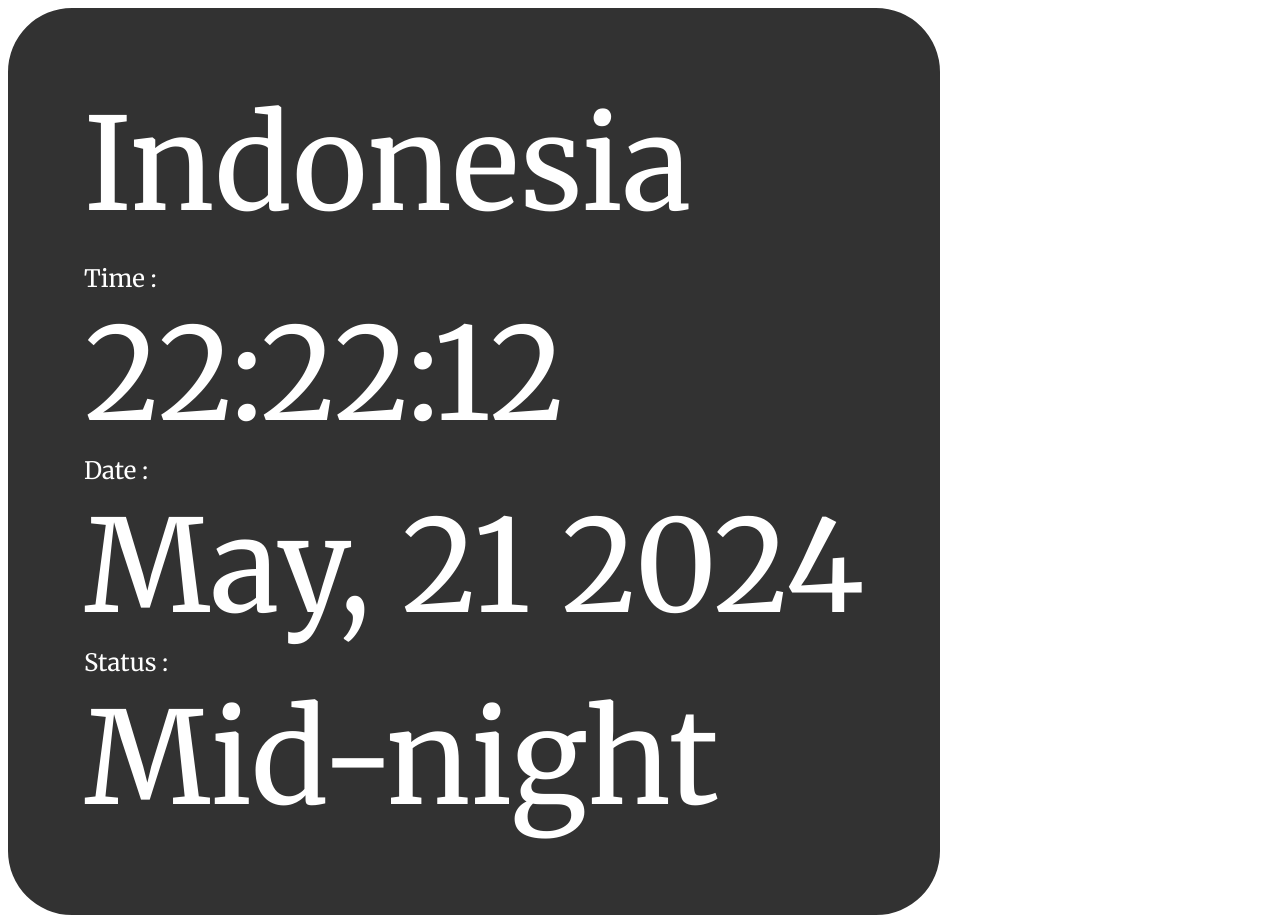
Repository: SnakeXrnt/notion-clock
Page: indonesia.html
The author's editor kept a copy of each file at every save. The page is drawn from the files as they stood at one save, then again after the next save.
The browser window is 1280 px wide. The pictures show the whole page.

Above is the page before, as saved 2024-05-21 16:18:49.

After the next save:
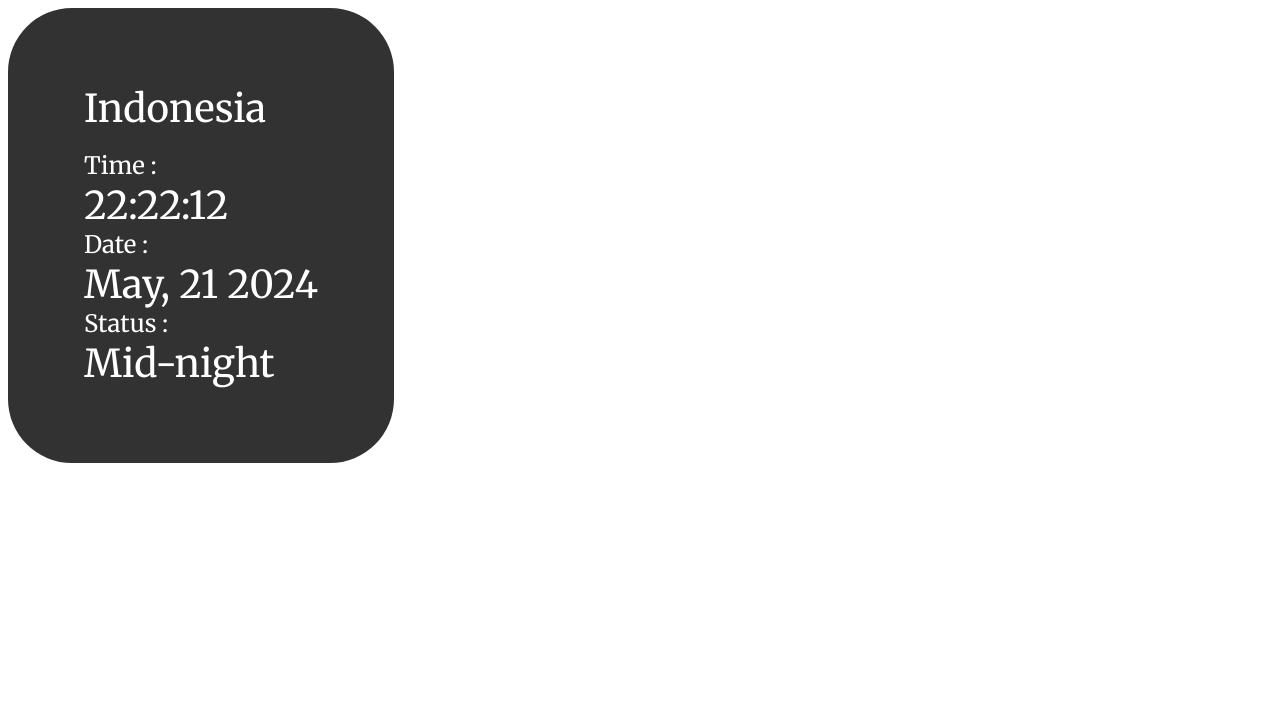
Saved 8 s later.
--- a/indonesia.html
+++ b/indonesia.html
@@ -17,7 +17,7 @@
         }
 
         h1 {
-            font-size: 10vw;
+            font-size: 3vw;
         }
 
 
